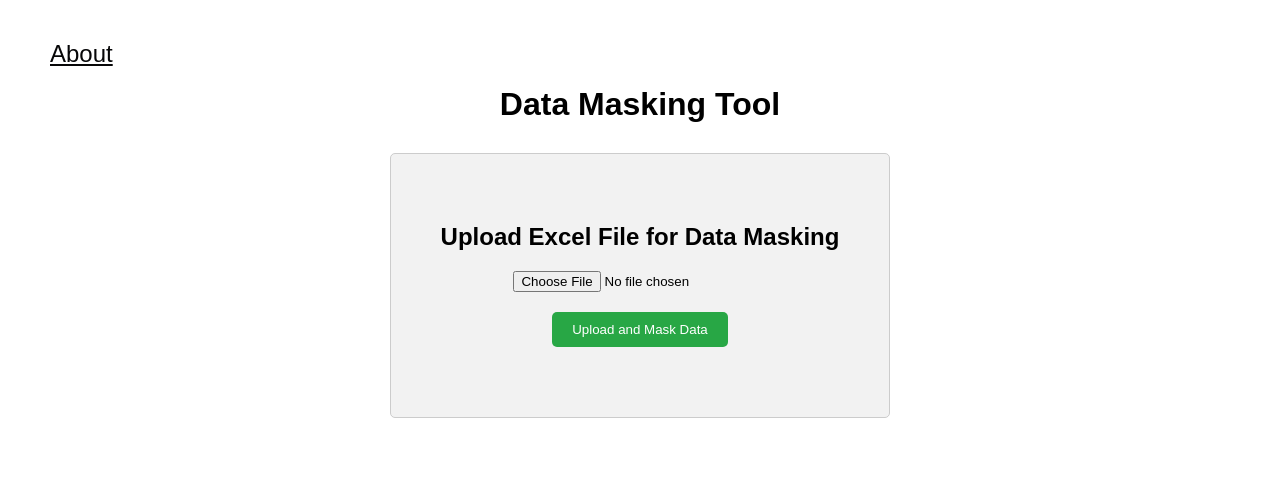
Repository: prithika12/DataMasking_Tool
Page: index.html
An editor plug-in stored every save of this project. The page is shown before and after the next save, followed by the edit.
The browser window is 1280 px wide. The pictures show the whole page.

Above is the page before, as saved 2024-07-09 11:54:02.

### index.html
<!DOCTYPE html>
<html>
<head>
    <title>Data Masking Tool</title>
    <style>
        body {
            font-family: Arial, sans-serif;
            margin: 0px;
            padding: 0;
            display: flex;
            flex-direction: column; /* Align items in a column */
            justify-content: center; /* Center vertically */
            align-items: center; /* Center horizontally */
            height: 70vh; /* Full viewport height */
        }
        .container {
            max-width: 600px;
            padding: 50px;
            background-color: #f2f2f2;
            border: 1px solid #ccc;
            border-radius: 5px;
            text-align: center; /* Center text inside container */
        }
        h1 {
            text-align: center; /* Center text */
            margin-top: 0; /* Remove default margin */
            margin-bottom: 30px;
        }
        h2 {
            text-align: center;
        }
        input[type="file"] {
            display: block;
            margin: 20px auto;
        }
        button {
            display: block;
            margin: 20px auto;
            padding: 10px 20px;
            background-color: #28a745;
            color: white;
            border: none;
            border-radius: 5px;
            cursor: pointer;
        }
        button:hover {
            background-color: #218838;
        }
        .about-link {
            position: absolute;
            top: 20px;
            left: 20px;
            padding: 20px 30px;
        }
        .about-link a {
            color: #070708;
            font-size: x-large;
            text-decoration: underline;
        }
        .about-link a:hover {
            text-decoration: underline;
        }
    </style>
</head>
<body>
    <h1>Data Masking Tool</h1>
    <div class="container">
        <h2>Upload Excel File for Data Masking</h2>
        <form action="/uploader" method="post" enctype="multipart/form-data">
            <input type="file" name="file" accept=".xlsx">
            <button type="submit">Upload and Mask Data</button>
        </form>
    </div>
    <div class="about-link">
        <a href="https://github.com/prithika12/DataMasking_Tool/blob/main/README.md" target="_blank">About</a>
    </div>
</body>
</html>

After the next save:
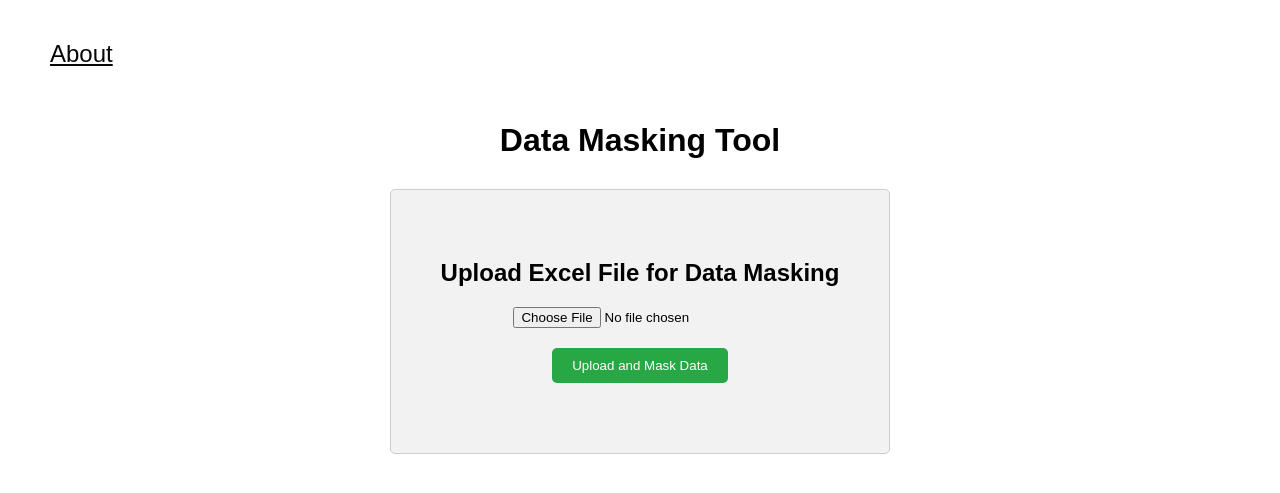
Saved 5 s later.
--- a/index.html
+++ b/index.html
@@ -11,7 +11,7 @@
             flex-direction: column; /* Align items in a column */
             justify-content: center; /* Center vertically */
             align-items: center; /* Center horizontally */
-            height: 70vh; /* Full viewport height */
+            height: 80vh; /* Full viewport height */
         }
         .container {
             max-width: 600px;
